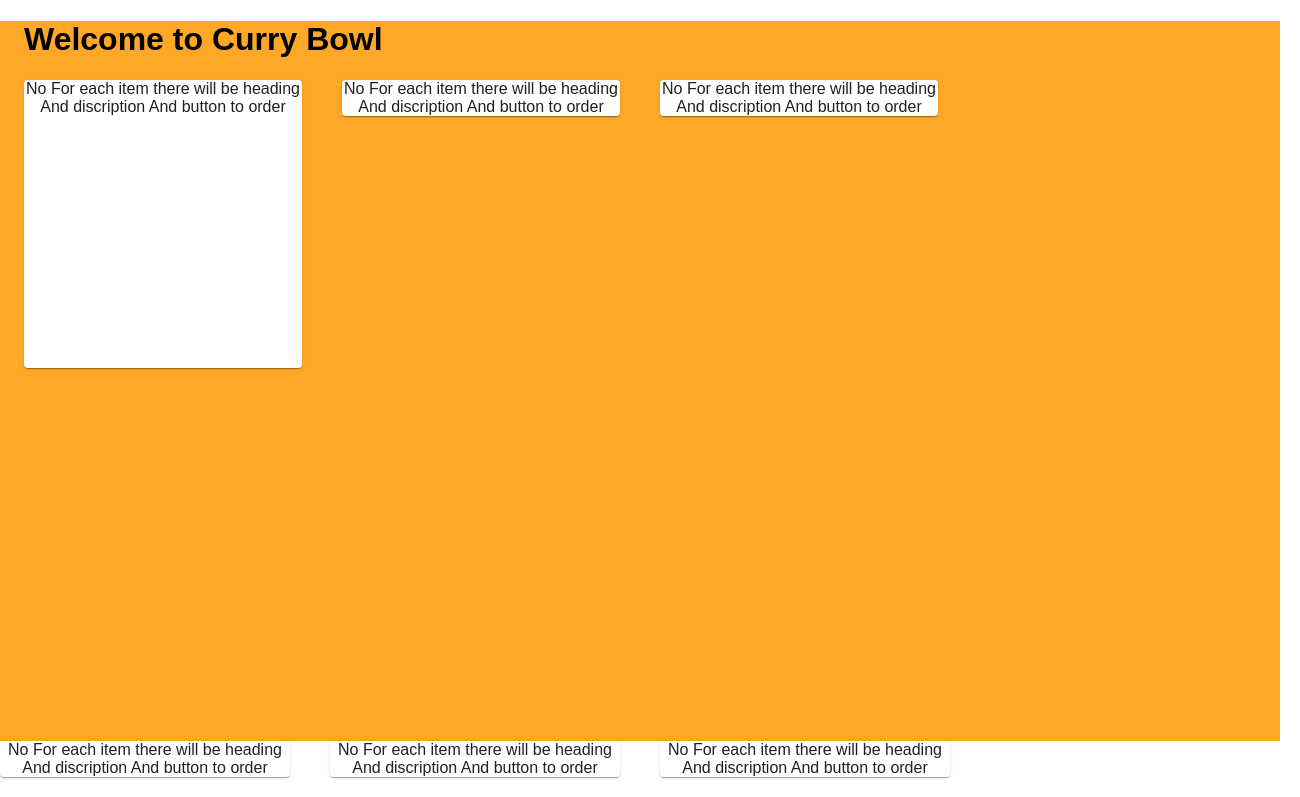
Repository: appikonda/food-order
Page: /
An editor plug-in stored every save of this project. The page is shown before and after the next save, followed by the edit.
The browser window is 1280 px wide. The page is 1300 px wide, so the pictures cover 1300 px, including what lies to the right of the window. The pictures show the whole page.
The project was rebuilt for these pictures with package versions that can differ from the ones it lists, and the page was loaded fresh each time. Also part of the build but not shown: webpack.config.js, src/App.css.

Above is the page before, as saved 2019-08-15 17:13:33.

### src/App.js
import React, { Component } from 'react';
import logo from './logo.svg';
import './App.css';
import OrderFood from './OrderFood.jsx'
class App extends Component {
  render() {
    return (
      <div>

           <OrderFood/>


    </div>
    );
  }
}

export default App;

### src/OrderFood.jsx
import React, { Component } from 'react';

import Typography from '@material-ui/core/Typography';
import Container from '@material-ui/core/Container';
import ExpansionPanel from '@material-ui/core/ExpansionPanel';
import ExpansionPanelDetails from '@material-ui/core/ExpansionPanelDetails';
import ExpansionPanelSummary from '@material-ui/core/ExpansionPanelSummary';
import Iframe from 'react-iframe'
import Grid from '@material-ui/core/Grid';
import { makeStyles  } from '@material-ui/core/styles';


import Paper from '@material-ui/core/Paper';



class OrderFood extends Component {


  render() {
    return (
      <div >

      <Container  fixed style={{ backgroundColor: '#ffa726', height: '100vh' }}>
      <h1>Welcome to Curry Bowl</h1>
      <Grid container spacing={5}>

        <Grid item xs={6} sm={3}  >
          <Paper style={{      textAlign: 'center',      color: '#212121', height: '40vh'  }}>No   For each item there will be heading
  And discription
  And button to order</Paper>
        </Grid>
        <Grid item xs={6} sm={3} >
          <Paper style={{  textAlign: 'center',  color: '#212121'  }}>
        No
  For each item there will be heading
  And discription
  And button to order</Paper>
        </Grid>
        <Grid item xs={6} sm={3}>
          <Paper style={{

  textAlign: 'center',
  color: '#212121'
  }}>No
  For each item there will be heading
  And discription
  And button to order</Paper>
        </Grid>

  </Grid>



      </Container>
      {this.renderGridOptions()}



      </div>
    );
  }
//One for biryani orders // 6.99
//One for one curry options// 5.99/
//One for 2 curry options //6.99
//One for full plate options //8.99

renderGridOptions(){

  return (
    <div >
    <Grid container spacing={5}>

        <Grid item xs={6} sm={3}  >
          <Paper style={{      textAlign: 'center',      color: '#212121'  }}>No   For each item there will be heading
  And discription
  And button to order</Paper>
        </Grid>
        <Grid item xs={6} sm={3} >
          <Paper style={{  textAlign: 'center',  color: '#212121'  }}>
        No
  For each item there will be heading
  And discription
  And button to order</Paper>
        </Grid>
        <Grid item xs={6} sm={3}>
          <Paper style={{

  textAlign: 'center',
  color: '#212121'
  }}>No
  For each item there will be heading
  And discription
  And button to order</Paper>
        </Grid>

  </Grid>
  </div>
  );

}


renderOptions(){



  return(
    <div>
      <ExpansionPanel  >
        <ExpansionPanelSummary
          aria-controls="panel1bh-content"
          id="panel1bh-header"
        ><b>Order Biryani</b>


        </ExpansionPanelSummary>
        <ExpansionPanelDetails>

          <Iframe url="https://docs.google.com/forms/d/e/1FAIpQLSdyKr7HLqYcw9uLIflgbRmy-7WHtb8fDuJuym8K5pYcW45q3g/viewform"
         width="900px"
         height="600px"
            />

        </ExpansionPanelDetails>
      </ExpansionPanel>
      <ExpansionPanel >
        <ExpansionPanelSummary

          aria-controls="panel2bh-content"
          id="panel2bh-header"
        >
          Order One Curry Plate

        </ExpansionPanelSummary>
        <ExpansionPanelDetails>
          <Typography>
          Linkk to add One Curry Plate
          </Typography>
        </ExpansionPanelDetails>
      </ExpansionPanel>
      <ExpansionPanel  >
        <ExpansionPanelSummary

          aria-controls="panel3bh-content"
          id="panel3bh-header"
        >
          Order two Curry Plate
        </ExpansionPanelSummary>
        <ExpansionPanelDetails>
          <Typography>
          Linkk to add two curries plaues
          </Typography>
        </ExpansionPanelDetails>
      </ExpansionPanel>
      <ExpansionPanel >
        <ExpansionPanelSummary

          aria-controls="panel4bh-content"
          id="panel4bh-header"
        >
          <Typography>Full Plate </Typography>
        </ExpansionPanelSummary>
        <ExpansionPanelDetails>
          <Typography>
            Nunc vitae orci ultricies, auctor nunc in, volutpat nisl. Integer sit amet egestas eros,
            vitae egestas augue. Duis vel est augue.
          </Typography>
        </ExpansionPanelDetails>
      </ExpansionPanel>
    </div>
  );


}


}

export default OrderFood;

Loaded but not shown: public/index.html (common file); src/index.js (common file); src/index.css (common file)

After the next save:
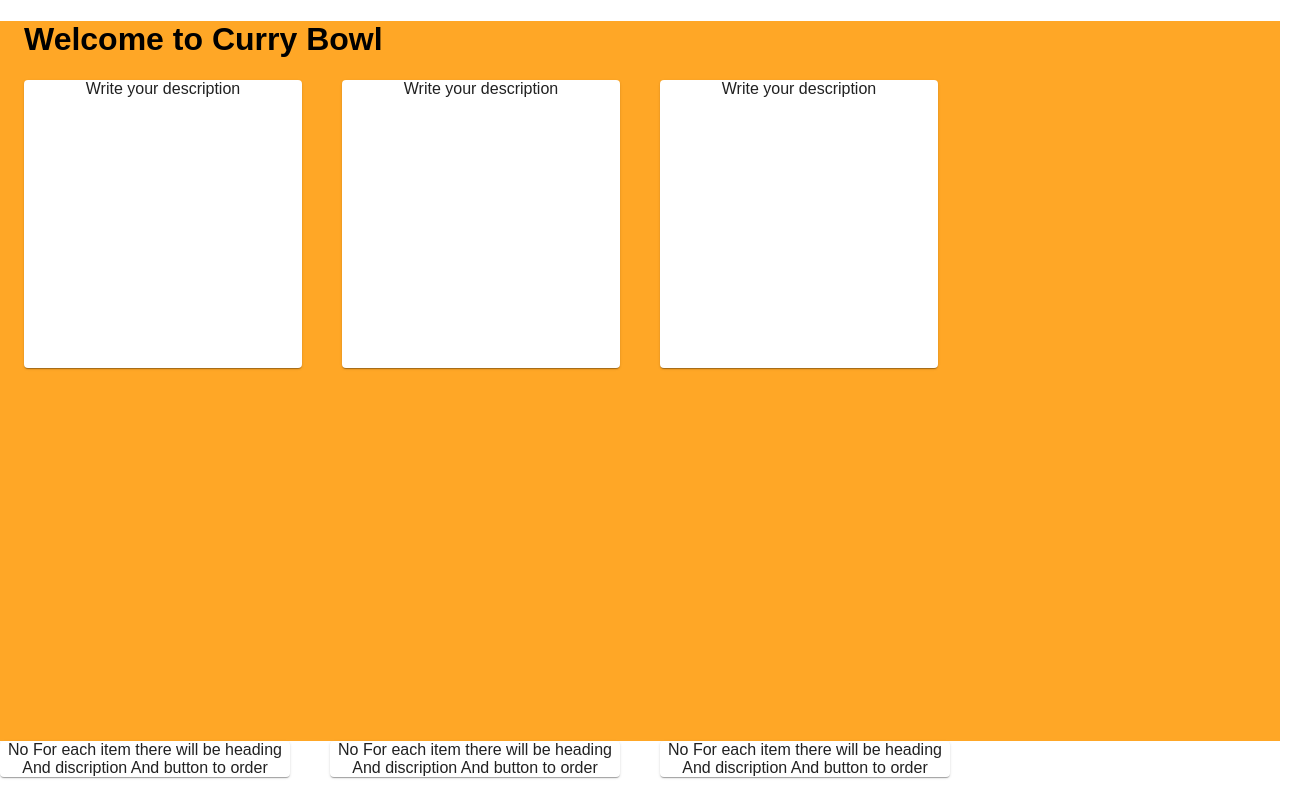
Saved 54 s later.
--- a/src/OrderFood.jsx
+++ b/src/OrderFood.jsx
@@ -26,27 +26,24 @@ class OrderFood extends Component {
       <Grid container spacing={5}>
 
         <Grid item xs={6} sm={3}  >
-          <Paper style={{      textAlign: 'center',      color: '#212121', height: '40vh'  }}>No   For each item there will be heading
-  And discription
-  And button to order</Paper>
+          <Paper style={{  textAlign: 'center',  color: '#212121', height: '40vh'  }}>
+             Write your description
+
+          </Paper>
         </Grid>
         <Grid item xs={6} sm={3} >
-          <Paper style={{  textAlign: 'center',  color: '#212121'  }}>
-        No
-  For each item there will be heading
-  And discription
-  And button to order</Paper>
+          <Paper style={{  textAlign: 'center',  color: '#212121', height: '40vh'  }}>
+             Write your description
+
+          </Paper>
         </Grid>
-        <Grid item xs={6} sm={3}>
-          <Paper style={{
+        <Grid item xs={6} sm={3} >
+          <Paper style={{  textAlign: 'center',  color: '#212121', height: '40vh'  }}>
+             Write your description
 
-  textAlign: 'center',
-  color: '#212121'
-  }}>No
-  For each item there will be heading
-  And discription
-  And button to order</Paper>
+          </Paper>
         </Grid>
+
 
   </Grid>
 
